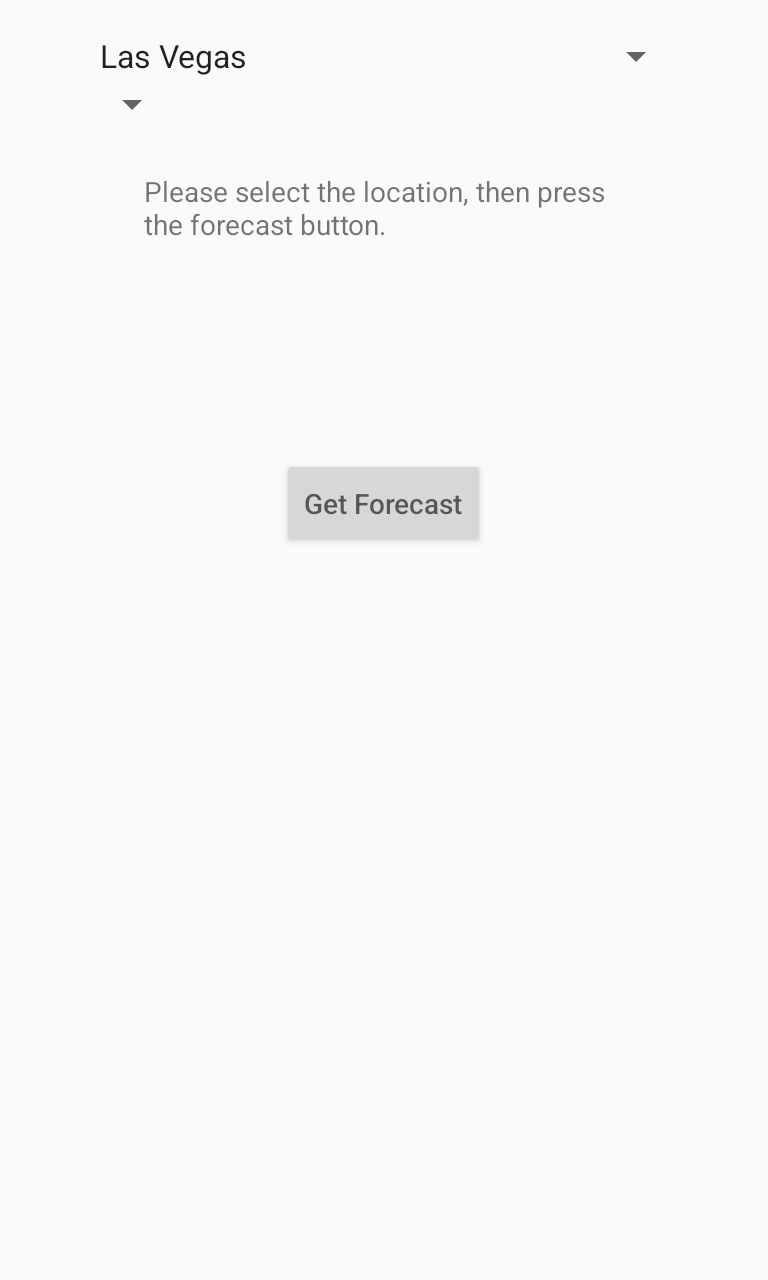
Repository: g80349/Java1
Layout: Week2/Weather/res/layout/activity_main.xml
The author's editor kept a copy of each file at every save. The layout is drawn from the files as they stood at one save, then again after the next save.
It is drawn on a 768 x 1280 px phone screen (xhdpi) without system bars, with theme AppTheme; the app's code is not run.

Above is the layout before, as saved 2014-04-10 16:43:20.

After the next save:
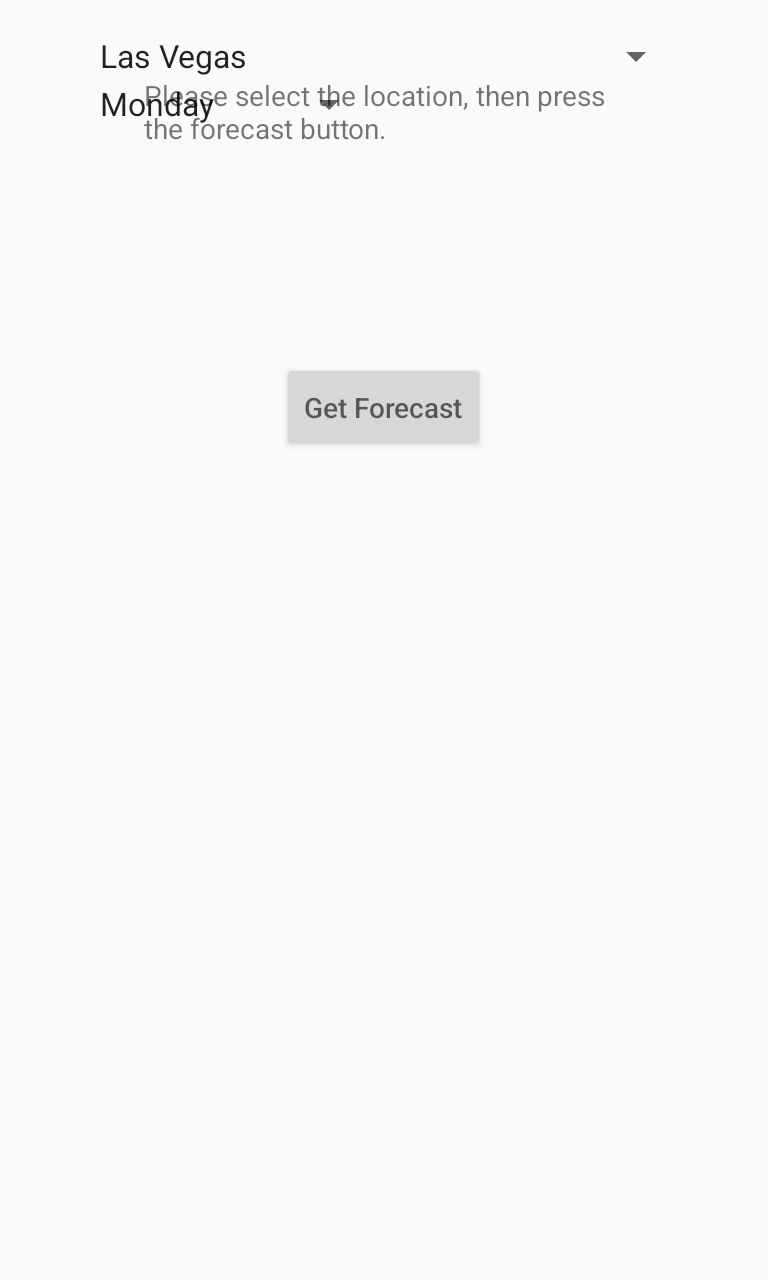
Saved 48 s later.
--- a/Week2/Weather/res/layout/activity_main.xml
+++ b/Week2/Weather/res/layout/activity_main.xml
@@ -27,11 +27,12 @@
         android:onClick="onClick" />
 
     <Spinner
-        android:id="@+id/spinner1"
+        android:id="@+id/day"
         android:layout_width="wrap_content"
         android:layout_height="wrap_content"
         android:layout_alignLeft="@+id/location"
-        android:layout_below="@+id/location" />
+        android:layout_below="@+id/location"
+        android:entries = "@array/day_array" />
 
     <TextView
         android:id="@+id/forecast"
